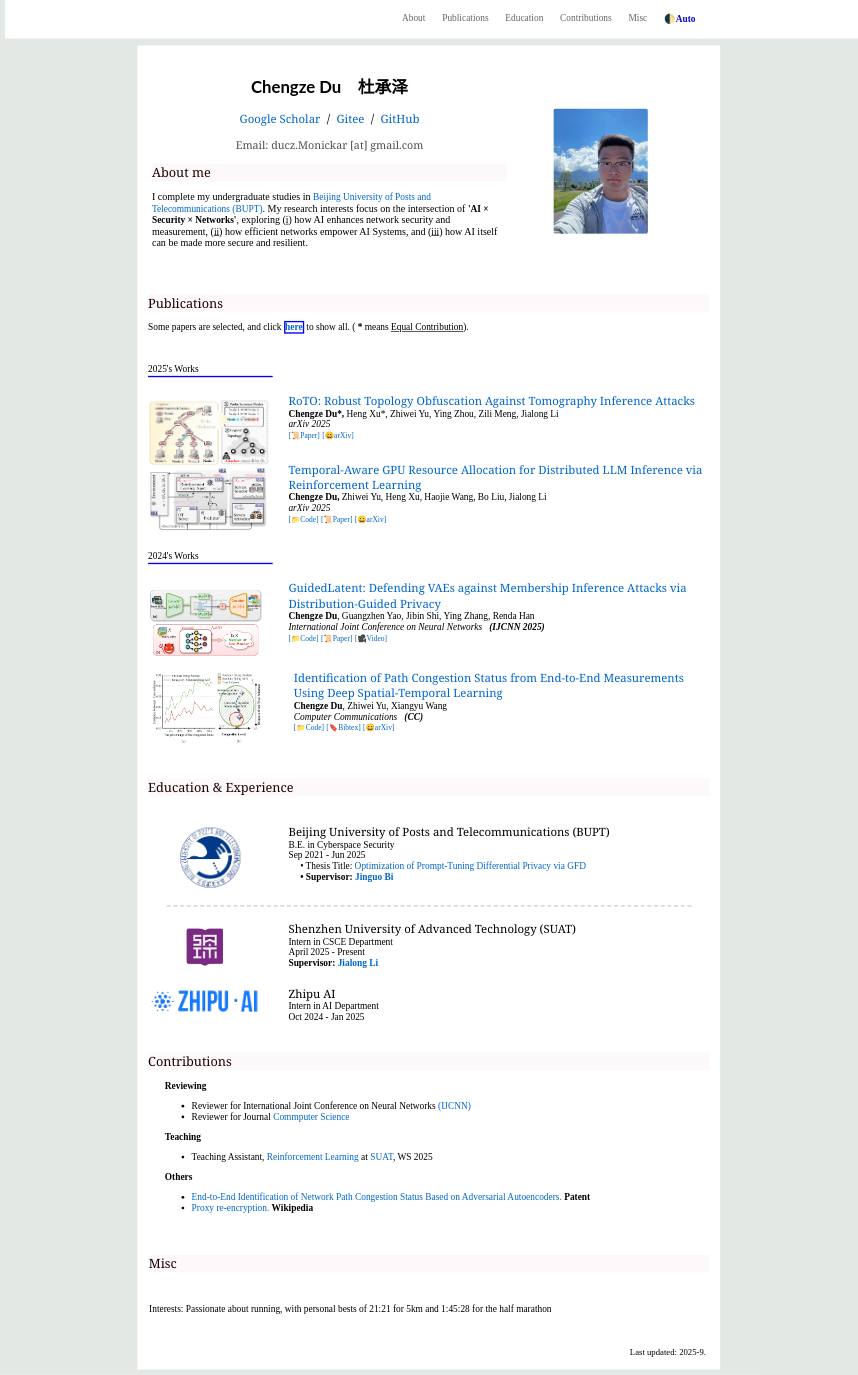
Repository: Monickar/Monickar.github.io
Page: index.html
The author's editor kept a copy of each file at every save. The page is drawn from the files as they stood at one save, then again after a run of saves.
The browser window is 1280 px wide. The pictures show the whole page, at 67% of full size.

Above is the page before, as saved 2025-10-28 19:00:26.

After the next 2 saves:
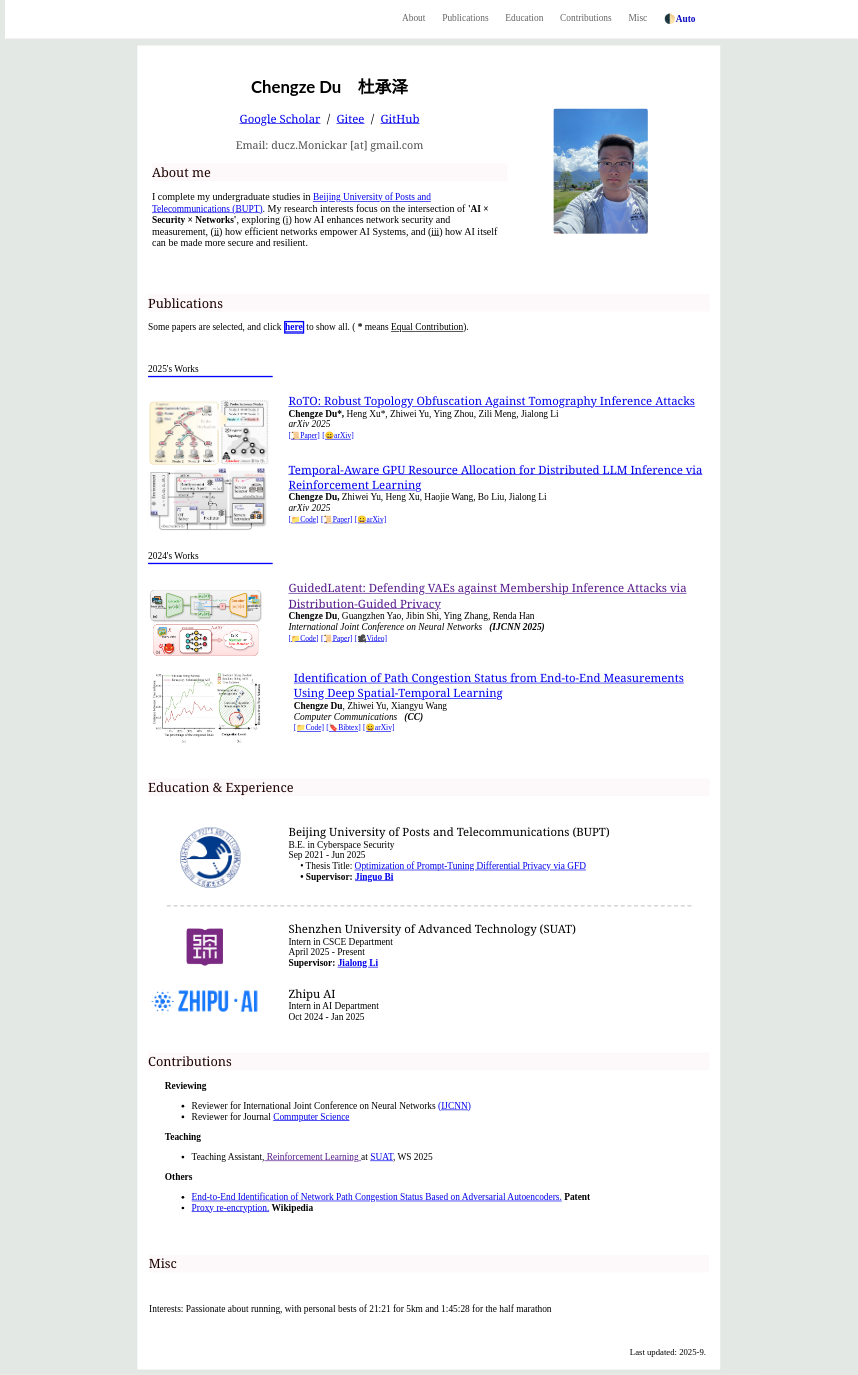
The 2 saves are shown as one change because they came seconds apart.
The last was saved 15 s later.
--- a/styles.css
+++ b/styles.css
@@ -19,6 +19,8 @@
   color: #1e0202;
   background-color: rgb(253, 248, 249)
 }
+
+.body
 
 a {
     color: #0066cc; /* 设置链接颜色为蓝色 */

After the 2 saves that followed:
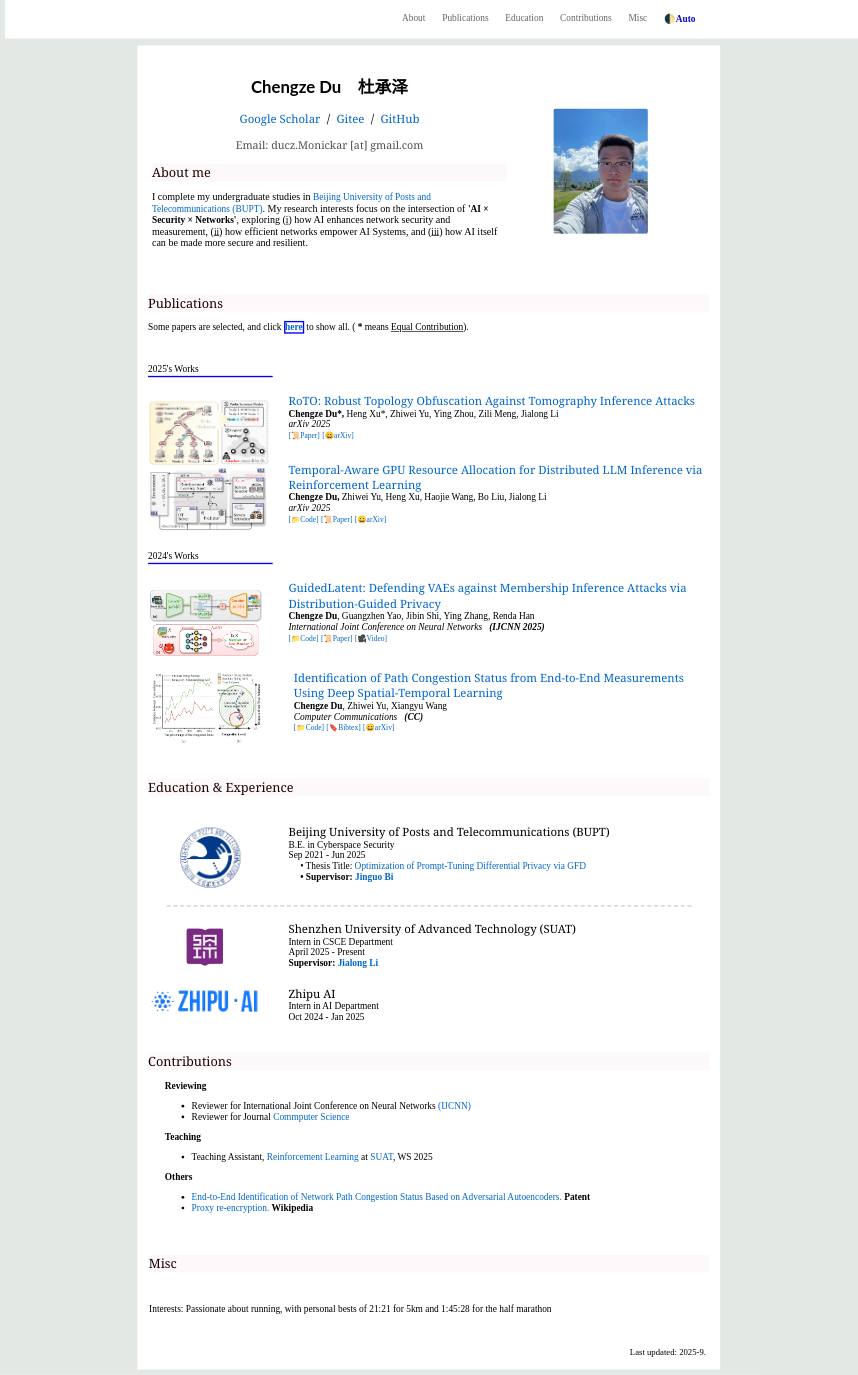
The 2 saves are shown as one change because they came seconds apart.
The last was saved 6 s later.
--- a/styles.css
+++ b/styles.css
@@ -20,7 +20,9 @@
   background-color: rgb(253, 248, 249)
 }
 
-.body
+.bodycolor {
+  background-color: #F9F9F9;
+}
 
 a {
     color: #0066cc; /* 设置链接颜色为蓝色 */
